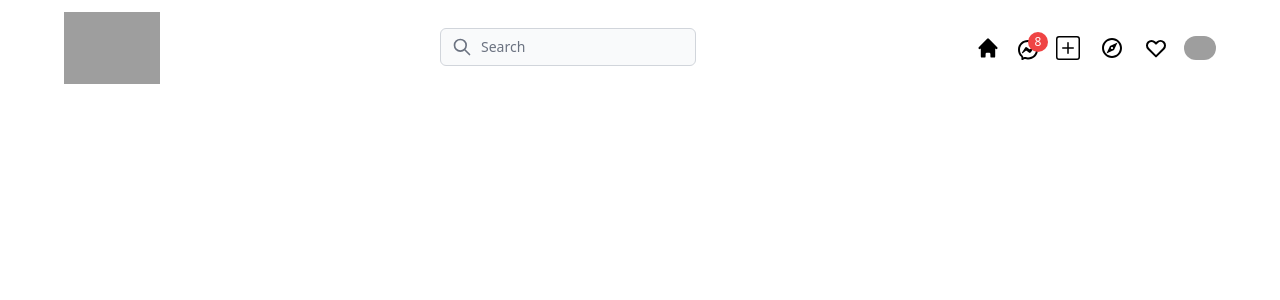
Repository: SehajBindra/insta--clone
Page: /
The author's editor kept a copy of each file at every save. The page is drawn from the files as they stood at one save, then again after the next save.
The browser window is 1280 px wide. The pictures show the whole page.
Pictures or frames that could not be fetched are drawn as grey boxes. The project was rebuilt for these pictures with package versions that can differ from the ones it lists, and the page was loaded fresh each time. The framework's server and built-in components were replaced by stand-ins that run in the browser. Also part of the build but not shown: next.config.js.

Above is the page before, as saved 2022-04-11 14:07:27.

After the next save:
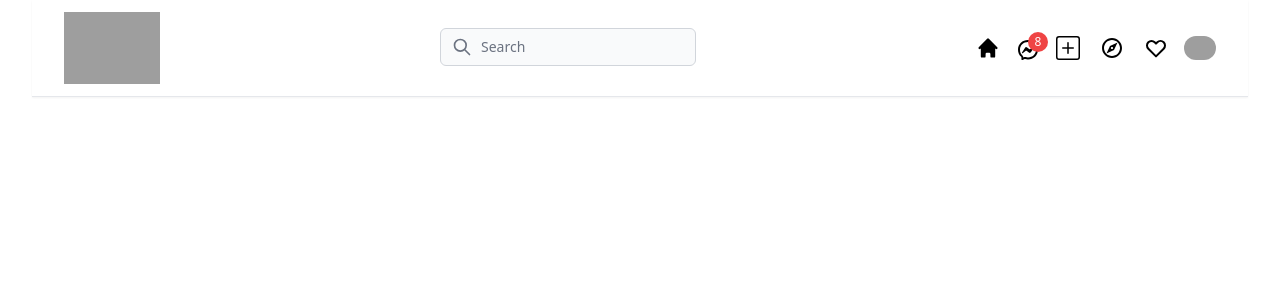
Saved 2 min 56 s later.
--- a/components/Header.js
+++ b/components/Header.js
@@ -16,7 +16,7 @@
 
 function Header() {
   return (
-    <div>
+    <div className="shadow-sm border-b  bg-white">
       <div className="flex justify-between max-w-6xl mx-5 xl:mx-auto ">
         <div className="relative hidden lg:inline-grid w-24 h-24">
           <Image
